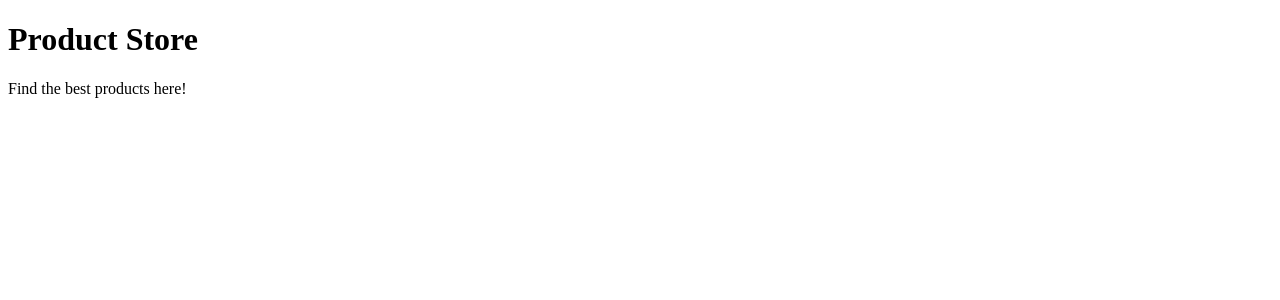
Repository: Lithium87/e-Strore
Page: /
The author's editor kept a copy of each file at every save. The page is drawn from the files as they stood at one save, then again after the next save.
The browser window is 1280 px wide. The pictures show the whole page.
The project was rebuilt for these pictures with package versions that can differ from the ones it lists, and the page was loaded fresh each time. Also part of the build but not shown: vite.config.js.

Above is the page before, as saved 2025-07-05 14:39:36.

After the next save:
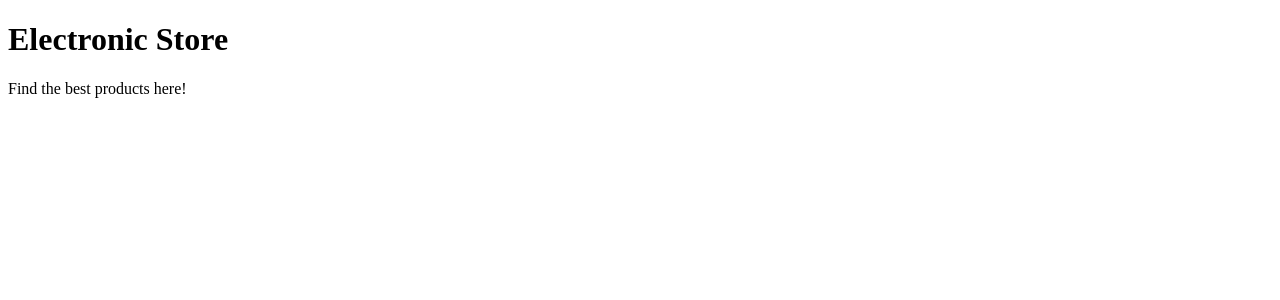
Saved 42 s later.
--- a/src/App.jsx
+++ b/src/App.jsx
@@ -56,7 +56,7 @@ const App = () => {
 const Header = () => {
   return (
     <header>
-      <h1>Product Store</h1>
+      <h1>Electronic Store</h1>
       <p>Find the best products here!</p>
     </header>
   );
